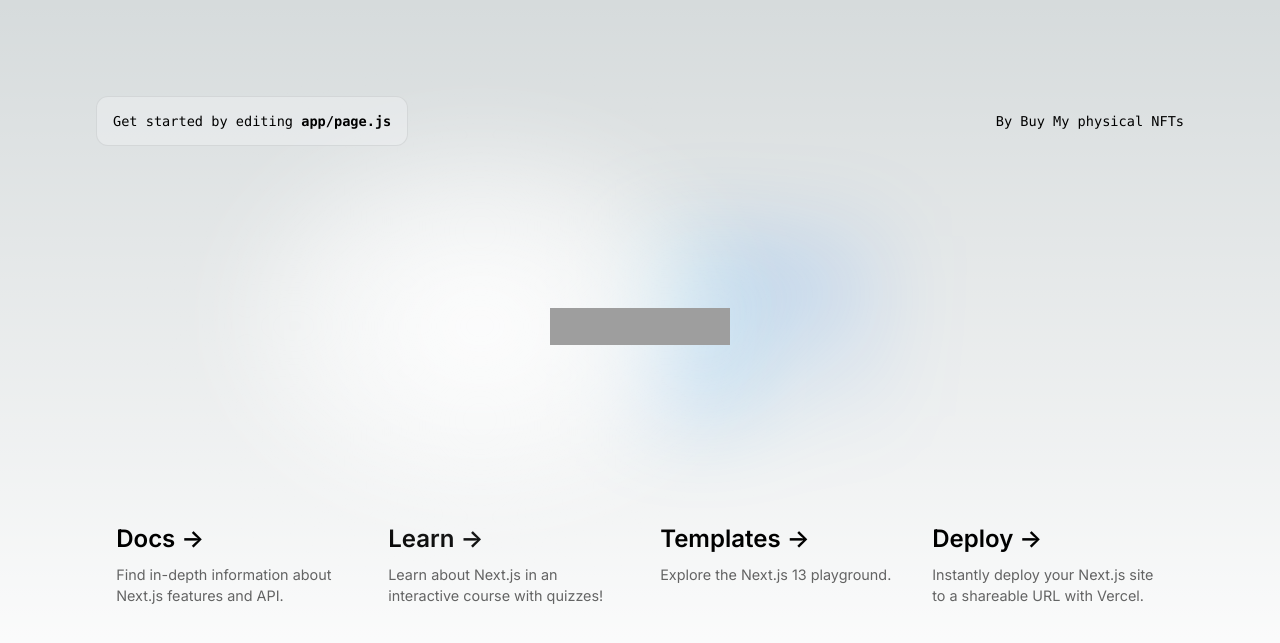
Repository: Seva2705/stripe-nextjs
Page: /
These files come from the project's save history. The page is drawn as it stood at one moment and after the next save; the edit follows.
The browser window is 1280 px wide. The pictures show the whole page.
Pictures or frames that could not be fetched are drawn as grey boxes. The project was rebuilt for these pictures with package versions that can differ from the ones it lists, and the page was loaded fresh each time. The framework's server and built-in components were replaced by stand-ins that run in the browser. Also part of the build but not shown: next.config.js.

Above is the page before, as saved 2023-10-31 22:43:35.

### app/page.js
import Image from 'next/image'
import styles from './page.module.css'

export default function Home() {
  return (
    <main className={styles.main}>
      <div className={styles.description}>
        <p>
          Get started by editing&nbsp;
          <code className={styles.code}>app/page.js</code>
        </p>
        <div>
          <a
            href="https://vercel.com?utm_source=create-next-app&utm_medium=appdir-template&utm_campaign=create-next-app"
            target="_blank"
            rel="noopener noreferrer"
          >
            By{' '}
           {/*  <Image
              src="/vercel.svg"
              alt="Vercel Logo"
              className={styles.vercelLogo}
              width={100}
              height={24}
              priority
            /> */}Buy My physical NFTs
          </a>
        </div>
      </div>

      <div className={styles.center}>
        <Image
          className={styles.logo}
          src="/next.svg"
          alt="Next.js Logo"
          width={180}
          height={37}
          priority
        />
      </div>

      <div className={styles.grid}>
        <a
          href="https://nextjs.org/docs?utm_source=create-next-app&utm_medium=appdir-template&utm_campaign=create-next-app"
          className={styles.card}
          target="_blank"
          rel="noopener noreferrer"
        >
          <h2>
            Docs <span>-&gt;</span>
          </h2>
          <p>Find in-depth information about Next.js features and API.</p>
        </a>

        <a
          href="https://nextjs.org/learn?utm_source=create-next-app&utm_medium=appdir-template&utm_campaign=create-next-app"
          className={styles.card}
          target="_blank"
          rel="noopener noreferrer"
        >
          <h2>
            Learn <span>-&gt;</span>
          </h2>
          <p>Learn about Next.js in an interactive course with&nbsp;quizzes!</p>
        </a>

        <a
          href="https://vercel.com/templates?framework=next.js&utm_source=create-next-app&utm_medium=appdir-template&utm_campaign=create-next-app"
          className={styles.card}
          target="_blank"
          rel="noopener noreferrer"
        >
          <h2>
            Templates <span>-&gt;</span>
          </h2>
          <p>Explore the Next.js 13 playground.</p>
        </a>

        <a
          href="https://vercel.com/new?utm_source=create-next-app&utm_medium=appdir-template&utm_campaign=create-next-app"
          className={styles.card}
          target="_blank"
          rel="noopener noreferrer"
        >
          <h2>
            Deploy <span>-&gt;</span>
          </h2>
          <p>
            Instantly deploy your Next.js site to a shareable URL with Vercel.
          </p>
        </a>
      </div>
    </main>
  )
}

Loaded but not shown: app/layout.js (common file); app/globals.css (common file); app/page.module.css (common file)

After the next save:
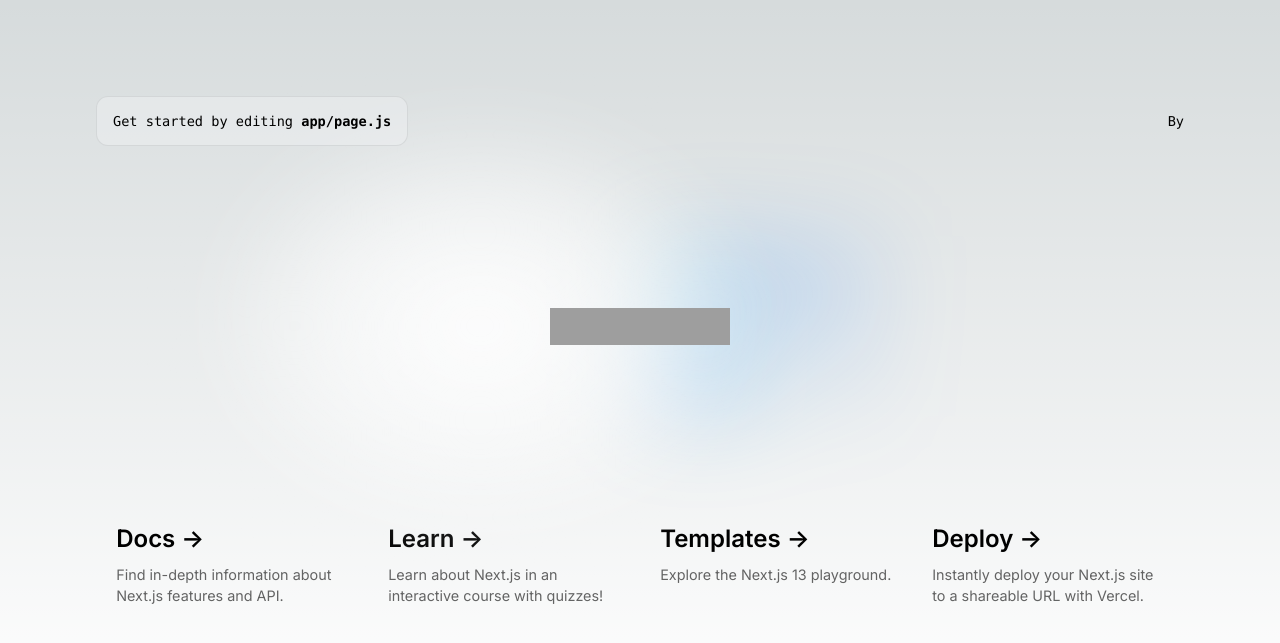
Saved 118 s later.
--- a/app/page.js
+++ b/app/page.js
@@ -23,7 +23,7 @@ export default function Home() {
               width={100}
               height={24}
               priority
-            /> */}Buy My physical NFTs
+            /> */}
           </a>
         </div>
       </div>
